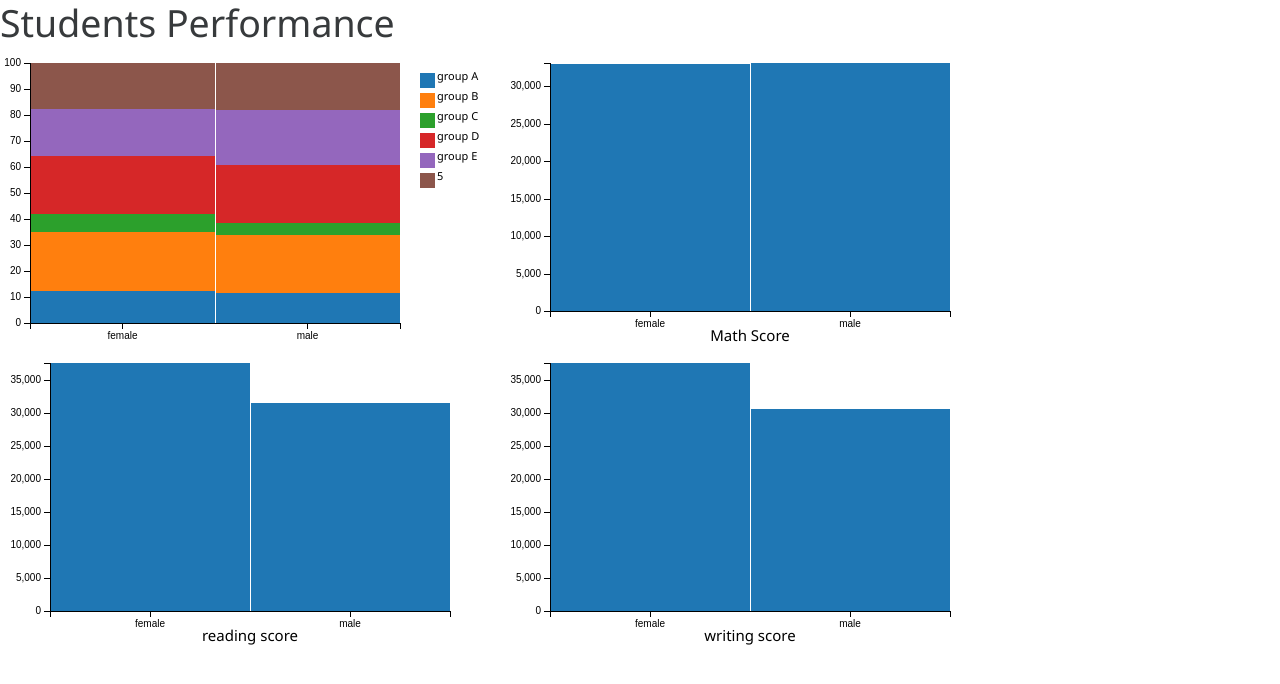
Repository: Baal89/second-milestone-project
Page: index.html
The author's editor kept a record of every edit. The page is drawn from the files as they stood at one moment, then again after the next edit.
The browser window is 1280 px wide. The pictures show the whole page.

Above is the page before.

After the next edit:
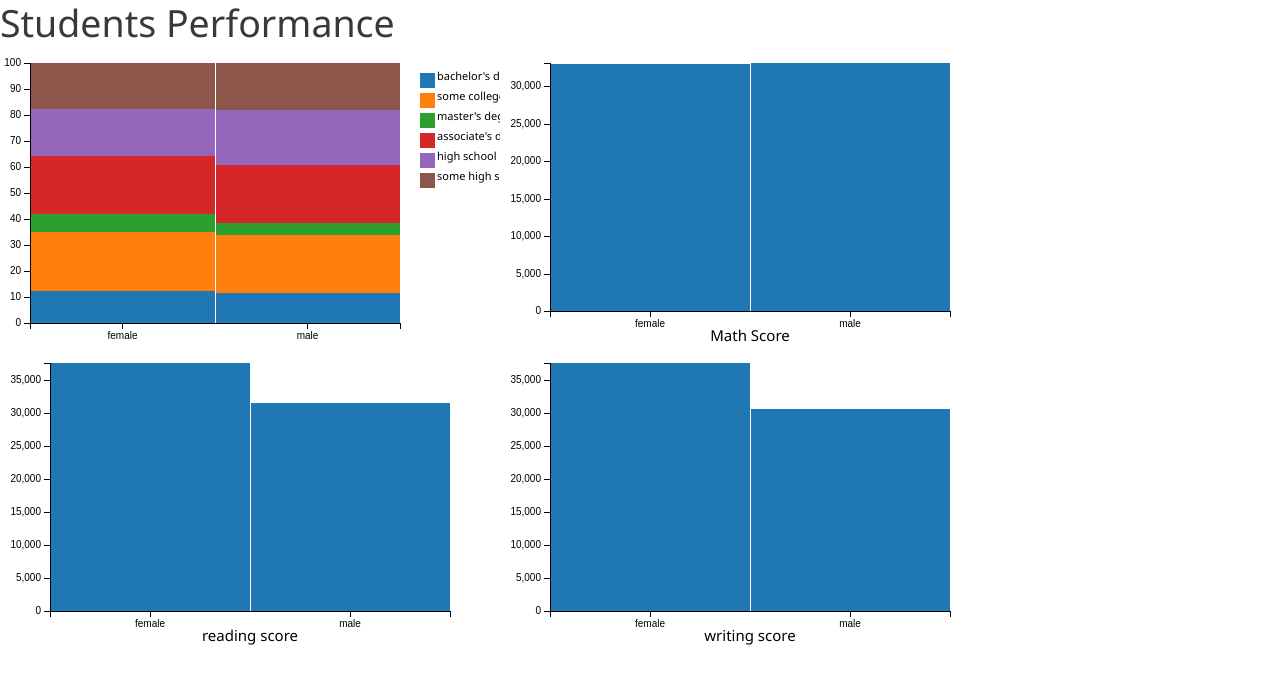
The edit:
--- a/static/js/graph.js
+++ b/static/js/graph.js
@@ -106,12 +106,12 @@
         .width(500)
         .height(300)
         .dimension(dim)
-        .group(aByEducation, "group A")
-        .stack(bByEducation, "group B")
-        .stack(cByEducation, "group C")
-        .stack(dByEducation, "group D")
-        .stack(eByEducation, "group E")
-        .stack(fByEducation,)
+        .group(aByEducation, "bachelor's degree")
+        .stack(bByEducation, "some college")
+        .stack(cByEducation, "master's degree")
+        .stack(dByEducation, "associate's degree")
+        .stack(eByEducation,"high school")
+        .stack(fByEducation, "some high school")
         .valueAccessor(function(d) {
             if (d.value.total > 0) {
                 return (d.value.match / d.value.total) * 100;
